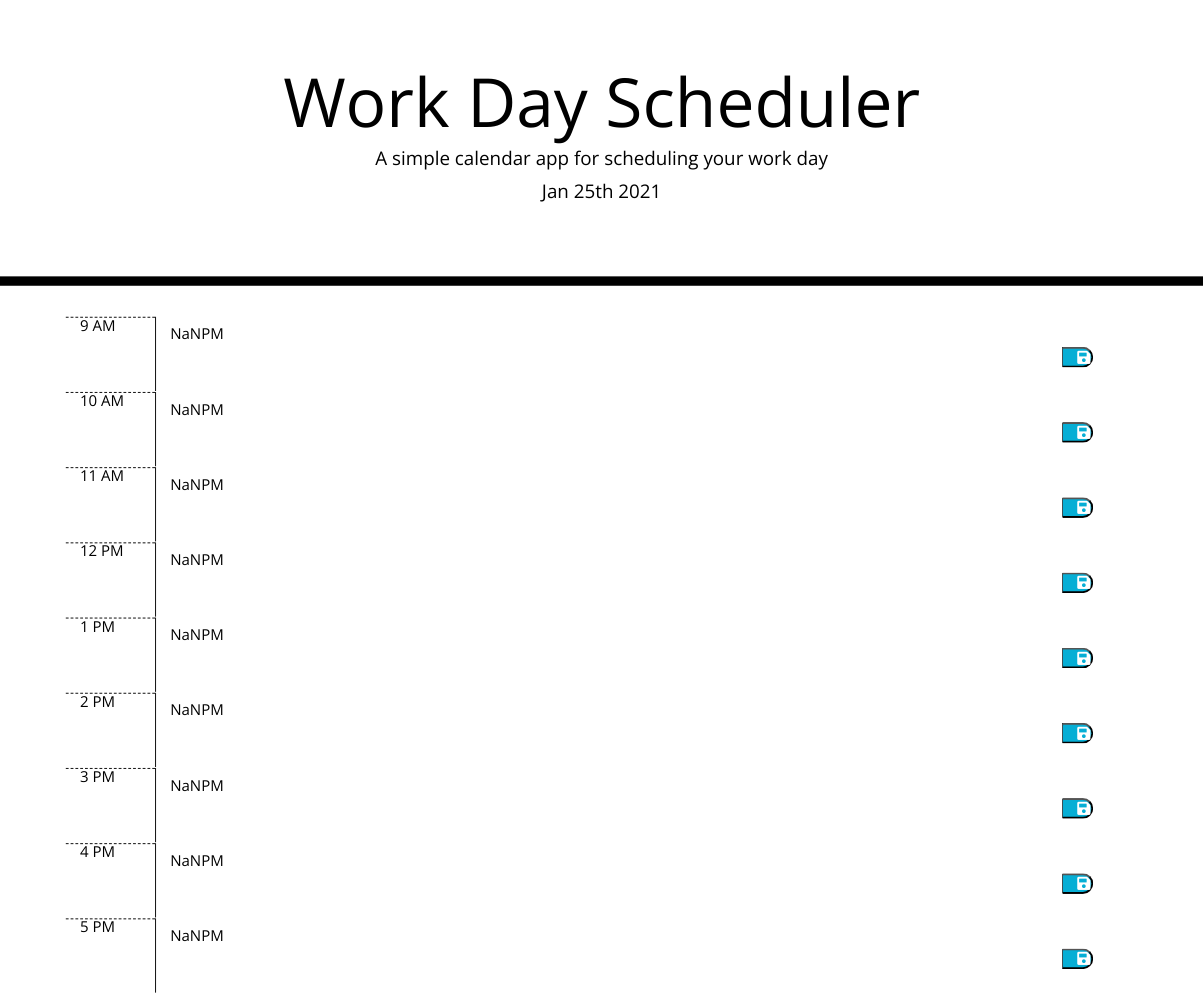
Repository: UPye/workDayScheduler
Page: index.html
These files come from the project's save history. The page is drawn as it stood at one moment and after the next save; the edit follows.
The browser window is 1280 px wide. The pictures show the whole page, at 94% of full size.
Some web libraries are served in a nearby version.

Above is the page before, as saved 2021-01-25 21:56:07.

After the next save:
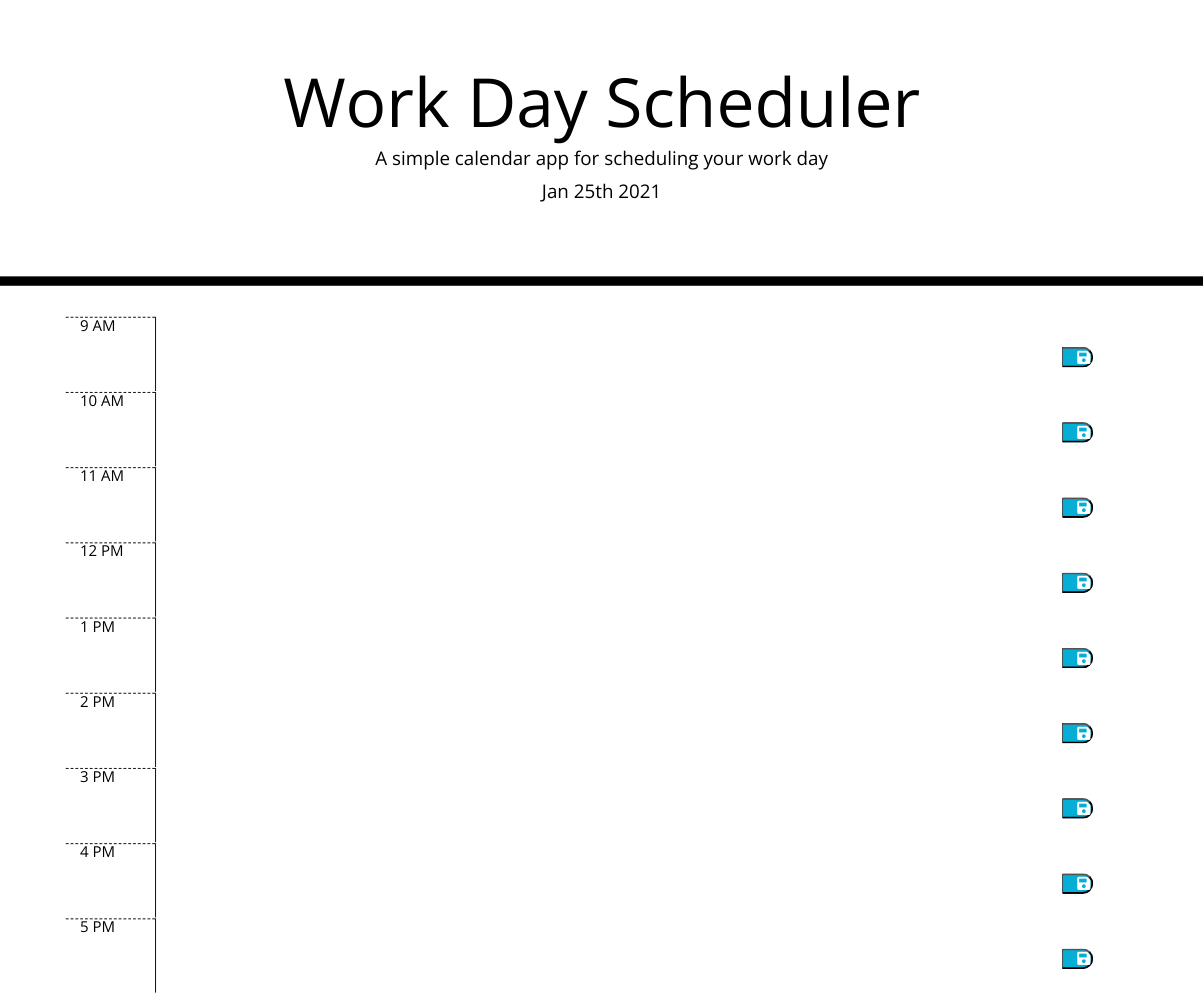
Console error: ReferenceError: parseIn$t is not defined
Saved 37 s later.
--- a/assets/JS/script.js
+++ b/assets/JS/script.js
@@ -35,7 +35,7 @@ var updateInfo = function () {
 
 // Check if task is in the past, present, or future
 $("textarea").each(function() {
-    var calendarTime = parseInt(this.id);
+    var calendarTime = parseIn$t(this.id);
         $(this).removeClass("past");
         $(this).removeClass("present");
         $(this).removeClass("future");
